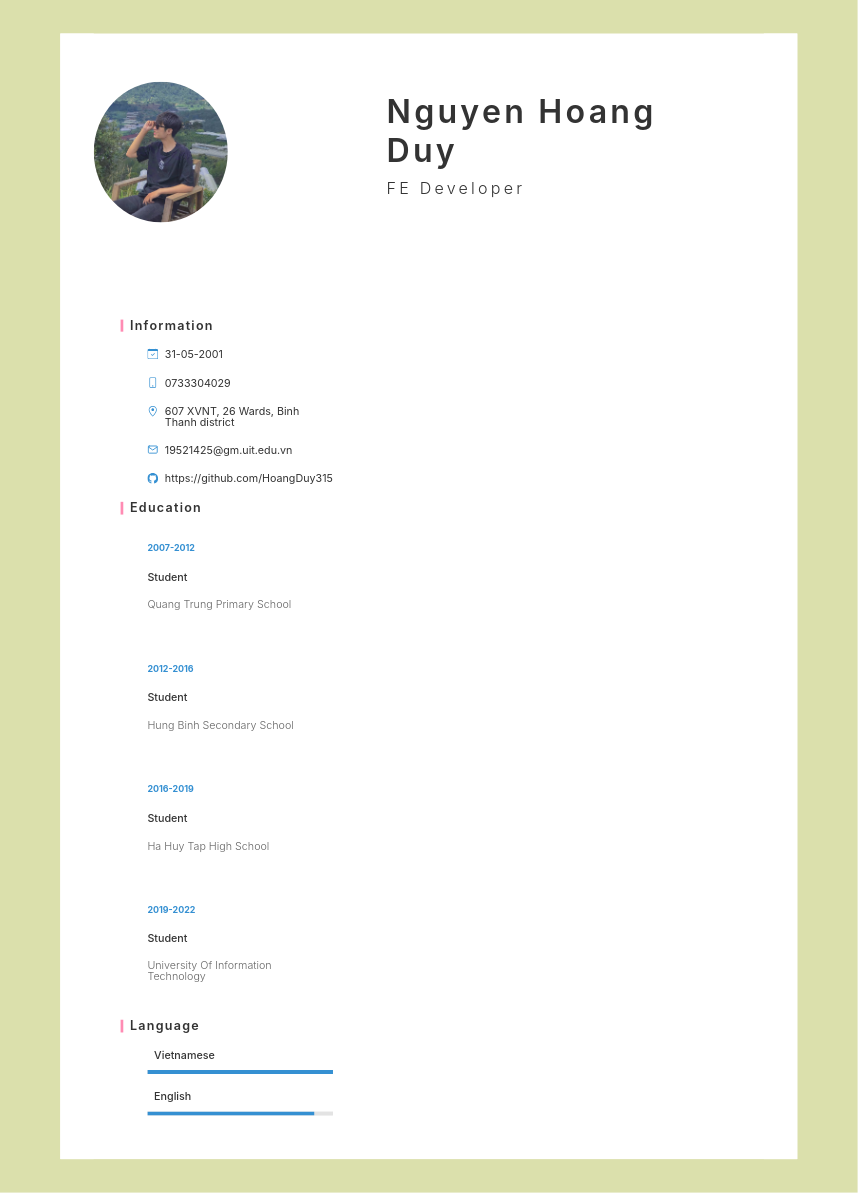
Repository: HoangDuy315/HW_TVK
Page: / (app in hw3cv/)
An editor plug-in stored every save of this project. The page is shown before and after the next save, followed by the edit.
The browser window is 1280 px wide. The pictures show the whole page, at 67% of full size.
The project was rebuilt for these pictures with package versions that can differ from the ones it lists, and the page was loaded fresh each time. Also part of the build but not shown: hw3cv/src/App.css.

Above is the page before, as saved 2022-11-02 12:24:09.

After the next save:
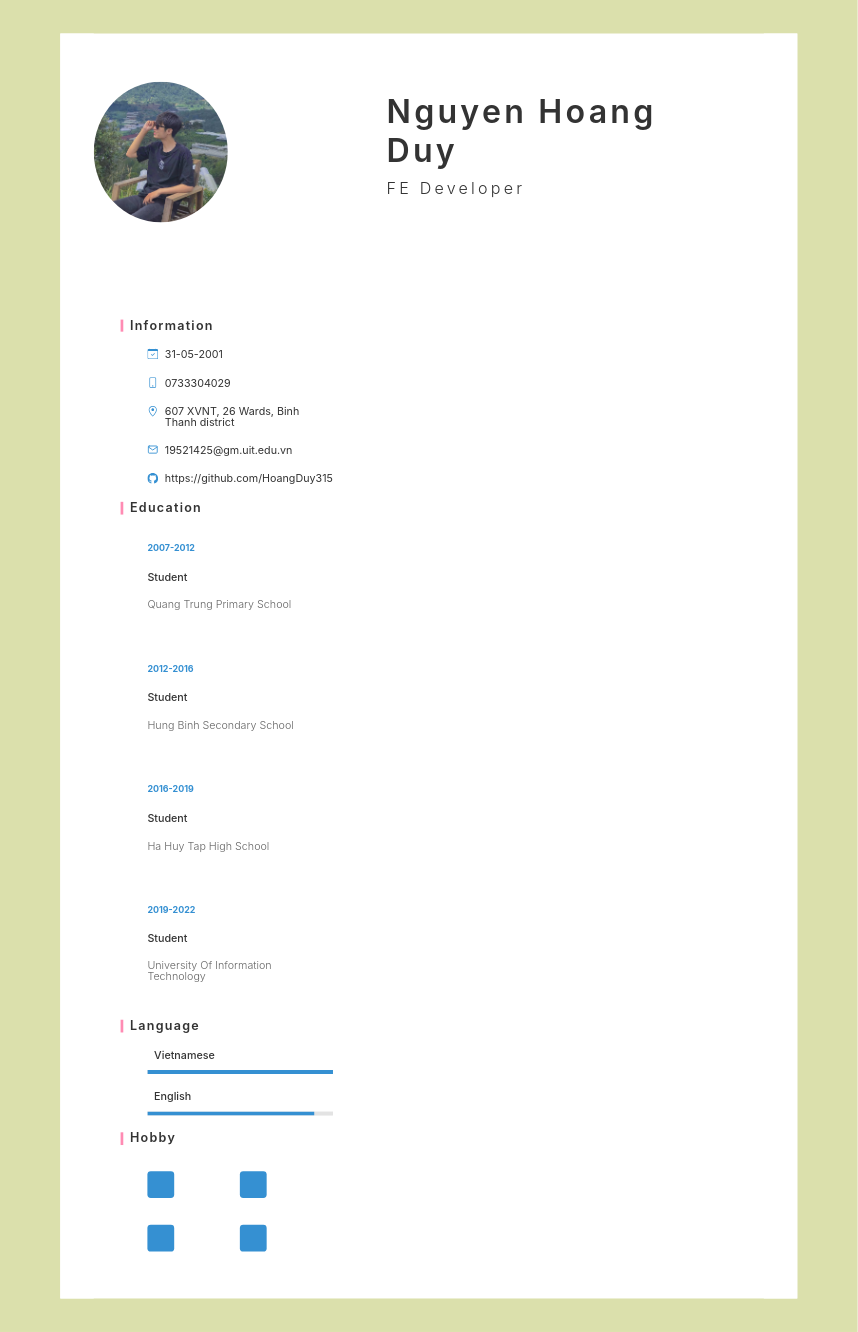
Saved 91 s later.
--- a/hw3cv/src/components/Cv.jsx
+++ b/hw3cv/src/components/Cv.jsx
@@ -99,6 +99,22 @@ const Cv = () => {
                   </span>
                 </li>
               </ul>
+
+              <h3>Hobby</h3>
+              <ul className="interest">
+                <li>
+                  <span className="icon"></span>
+                </li>
+                <li>
+                  <span className="icon"></span>
+                </li>
+                <li>
+                  <span className="icon"></span>
+                </li>
+                <li>
+                  <span className="icon"></span>
+                </li>
+              </ul>
             </div>
           </div>
         </div>
